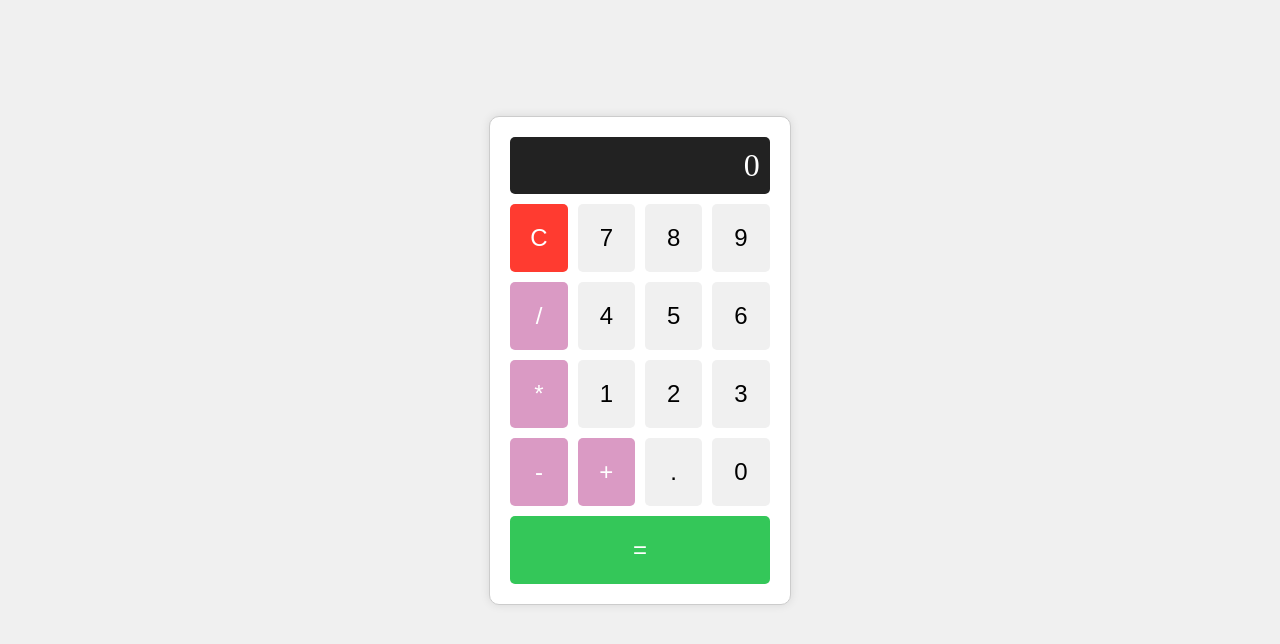
Repository: alizey12/calculator
Page: index.html
An editor plug-in stored every save of this project. The page is shown before and after a run of saves, followed by the edit.
The browser window is 1280 px wide. The pictures show the whole page.

Above is the page before, as saved 2024-11-23 18:38:04.

After the next 2 saves:
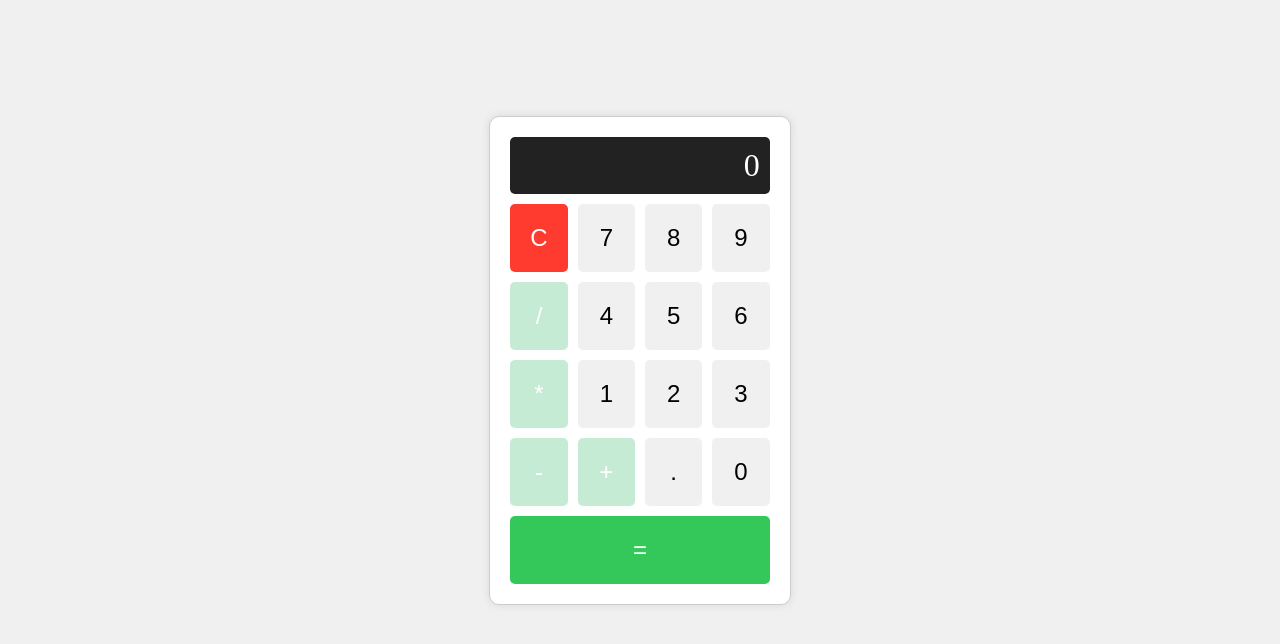
The 2 saves are shown as one change because they came seconds apart.
The last was saved 8 s later.
--- a/styles.css
+++ b/styles.css
@@ -45,7 +45,7 @@
 }
 
 .btn.operator {
-    background-color: #da9ac4;
+    background-color: #c6ebd5;
     color: #fff;
 }
 

After the save that followed:
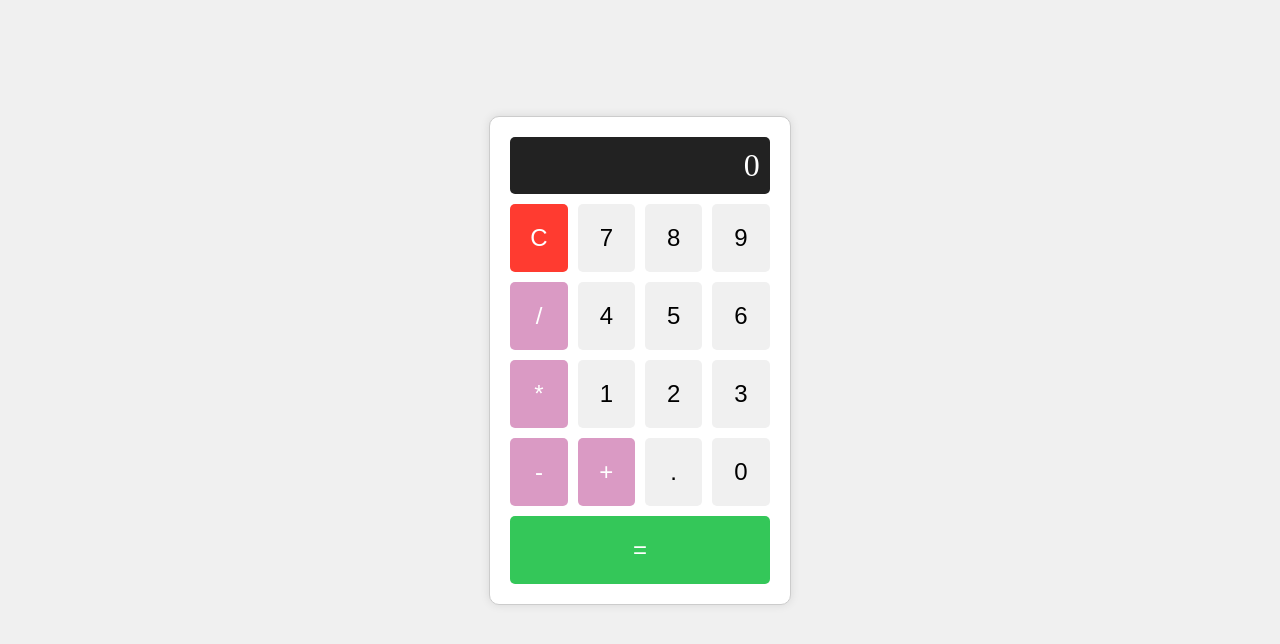
Saved 4 s later.
--- a/styles.css
+++ b/styles.css
@@ -45,7 +45,7 @@
 }
 
 .btn.operator {
-    background-color: #c6ebd5;
+    background-color: #da9ac4;
     color: #fff;
 }
 
